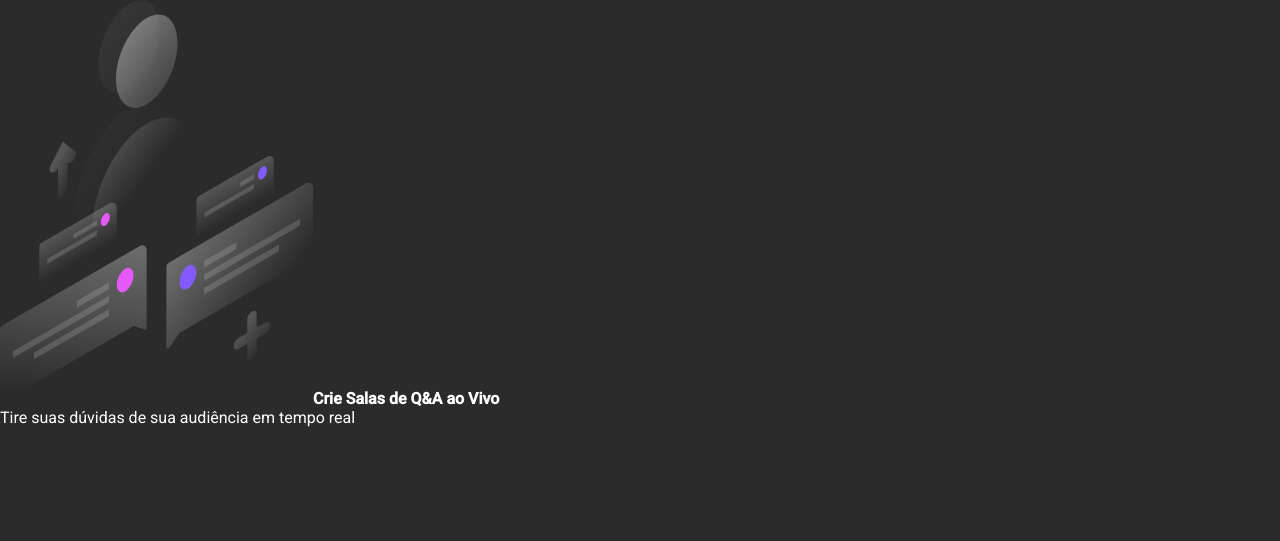
Repository: ANDRIEL123/NLW6-ReactJS-Letmeask
Page: /
An editor plug-in stored every save of this project. The page is shown before and after the next save, followed by the edit.
The browser window is 1280 px wide. The pictures show the whole page.
The project was rebuilt for these pictures with package versions that can differ from the ones it lists, and the page was loaded fresh each time.

Above is the page before, as saved 2021-10-11 10:37:50.

### public/index.html
<!DOCTYPE html>
<html lang="en">

<head>
  <meta charset="utf-8" />
  <link rel="icon" href="%PUBLIC_URL%/favicon.ico" />
  <meta name="viewport" content="width=device-width, initial-scale=1" />
  <meta name="theme-color" content="#000000" />
  <meta name="description" content="Web site created using create-react-app" />
  <link rel="apple-touch-icon" href="%PUBLIC_URL%/logo192.png" />
  <link rel="preconnect" href="https://fonts.googleapis.com">
  <link rel="preconnect" href="https://fonts.gstatic.com" crossorigin>
  <link href="https://fonts.googleapis.com/css2?family=Poppins:wght@400;700&family=Roboto:wght@400;500&display=swap"
    rel="stylesheet">
  <title>React App</title>
</head>

<body>
  <noscript>You need to enable JavaScript to run this app.</noscript>
  <div id="root"></div>
</body>

</html>

### src/index.tsx
import React from 'react';
import ReactDOM from 'react-dom';
import App from './App';
import './styles/global.scss'

ReactDOM.render(
  <React.StrictMode>
    <App />
  </React.StrictMode>,
  document.getElementById('root')
);

### src/App.tsx
import React from 'react';
import { Home } from './pages/Home';

function App() {
  return (
    <div className="App">
      <Home />
    </div>
  );
}

export default App;

### src/styles/global.scss
* {
    margin: 0;
    padding: 0;
    box-sizing: border-box;
}

body {
    background-color: rgb(43, 43, 43);
    color: white;
}

body, input, button, textarea {
    font: 400 16px 'Roboto', sans-serife;
}

### src/pages/Home.tsx
import IlustrationImg from '../assets/images/illustration.svg'
import LogoImg from '../assets/images/logo.svg'

export function Home() {
    return (
        <div>
            <aside>
                <img src={IlustrationImg} alt="Ilustração" />
                <strong>Crie Salas de Q&A ao Vivo</strong>
                <p>Tire suas dúvidas de sua audiência em tempo real</p>
            </aside>
            <main>
                <div>
                    <img src="" alt="" />
                </div>
            </main>
        </div>
    )
}

After the next save:
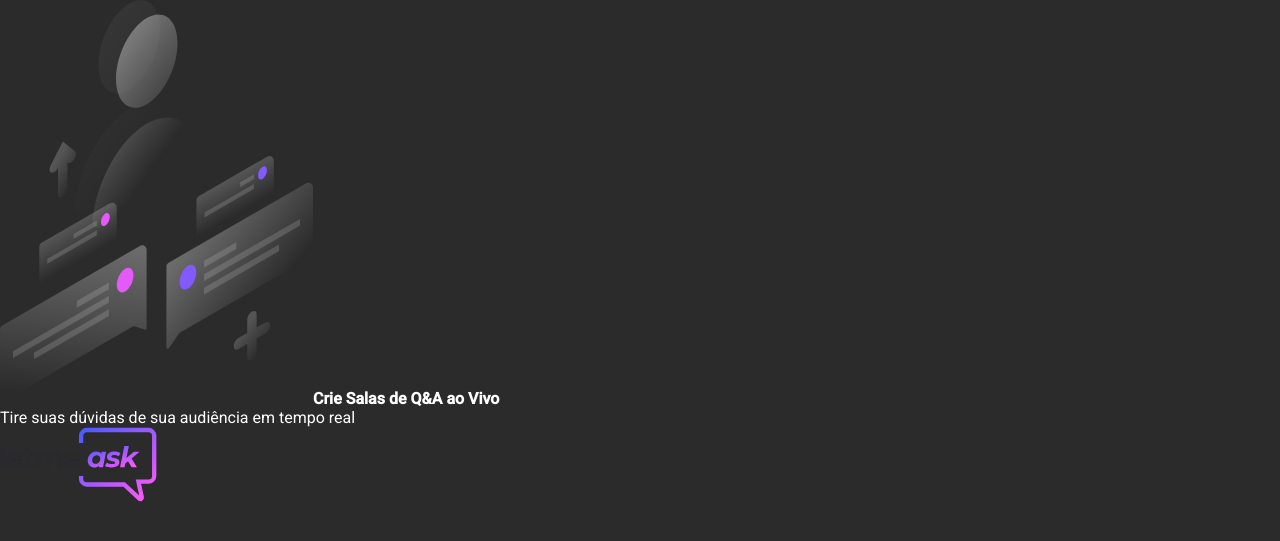
Saved 12 s later.
--- a/src/pages/Home.tsx
+++ b/src/pages/Home.tsx
@@ -11,7 +11,7 @@
             </aside>
             <main>
                 <div>
-                    <img src="" alt="" />
+                    <img src={LogoImg} alt="Logo" />
                 </div>
             </main>
         </div>
